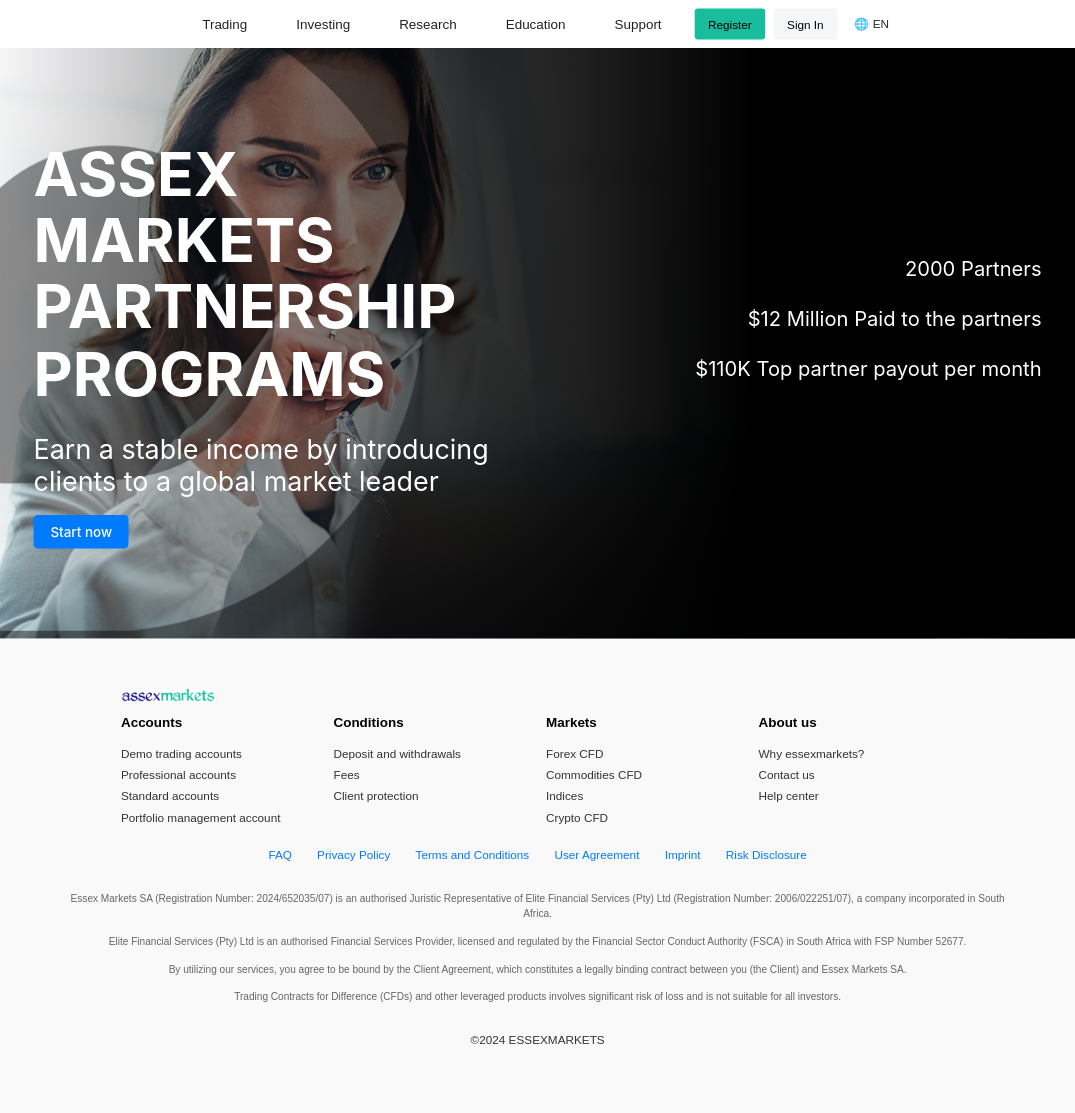
Repository: RevenewMarketing/Assex
Page: /partner
An editor plug-in stored every save of this project. The page is shown before and after the next save, followed by the edit.
The browser window is 1280 px wide. The pictures show the whole page, at 84% of full size.
The project was rebuilt for these pictures with package versions that can differ from the ones it lists, and the page was loaded fresh each time. Also part of the build but not shown: vite.config.ts, src/pages/home/sections/HeroSection.module.css, src/pages/home/sections/HeroSection.tsx, src/pages/home/sections/Section2.tsx, src/pages/home/sections/Section3.tsx, src/pages/home/sections/Section4.tsx, src/pages/home/sections/Section5.tsx, src/pages/home/sections/Section6.tsx and 10 more.

Above is the page before, as saved 2024-11-28 00:27:56.

### index.html
<!doctype html>
<html lang="en">
  <head>
    <meta charset="UTF-8" />
    <link rel="icon" type="image/svg+xml" href="/vite.svg" />
    <meta name="viewport" content="width=device-width, initial-scale=1.0" />
    <title>Assex</title>
  </head>
  <body>
    <div id="root"></div>
    <script type="module" src="/src/main.tsx"></script>
  </body>
</html>

### src/index.css
:root {
  font-family: Inter, system-ui, Avenir, Helvetica, Arial, sans-serif;
  line-height: 1.5;
  font-weight: 400;
  color-scheme: light dark;
  color: rgba(255, 255, 255, 0.87);
  background-color: #ffffff;
  font-synthesis: none;
  max-width: 1920px;
  margin: auto;
  text-rendering: optimizeLegibility;
  -webkit-font-smoothing: antialiased;
  -moz-osx-font-smoothing: grayscale;
}

a {
  font-weight: 500;
  color: #646cff;
  text-decoration: inherit;
}
a:hover {
  color: #535bf2;
}

body {
  margin: 0;
  display: flex;
  place-items: center;
  min-width: 320px;
  min-height: 100vh;
  background-color: #FFF;
}

h1 {
  font-size: 3.2em;
  line-height: 1.1;
}

button {
  border-radius: 8px;
  border: 1px solid transparent;
  padding: 0.6em 1.2em;
  font-size: 1em;
  font-weight: 500;
  font-family: inherit;
  background-color: #1a1a1a;
  cursor: pointer;
  transition: border-color 0.25s;
}
button:hover {
  border-color: #646cff;
}
button:focus,
button:focus-visible {
  outline: 4px auto -webkit-focus-ring-color;
}

@media (prefers-color-scheme: light) {
  :root {
    color: #213547;
    background-color: #ffffff;
  }
  a:hover {
    color: #747bff;
  }
  button {
    background-color: #f9f9f9;
  }
}

### src/App.tsx

import './App.css'
// import Navigation from './pages/home/Navigation'
import NavigationMenu from './components/navigation-menu/NavigationMenu'

import { BrowserRouter, Route, Routes } from 'react-router';
import Home from './pages/home/Home';
import Footer from './components/footer-section/Footer';
import About from './pages/about/About';
import Partner from './pages/partner/Partner';

function App() {

  return (
    <>
    <BrowserRouter>
    <NavigationMenu />
    <Routes>
      <Route path="/" element={<Home />} />
      <Route path="/about" element={<About />} />
      <Route path="/partner" element={<Partner />} />
      {/* Define other routes */}
    </Routes>
    <Footer />
  </BrowserRouter>


    </>
  )
}

export default App

### src/App.css
#root {
  max-width: 1920px;
  width: 100%;
  margin: 0 auto;
  padding: 0;
  text-align: center;
}

.logo {
  height: 6em;
  padding: 1.5em;
  will-change: filter;
  transition: filter 300ms;
}
.logo:hover {
  filter: drop-shadow(0 0 2em #646cffaa);
}
.logo.react:hover {
  filter: drop-shadow(0 0 2em #61dafbaa);
}

@keyframes logo-spin {
  from {
    transform: rotate(0deg);
  }
  to {
    transform: rotate(360deg);
  }
}

@media (prefers-reduced-motion: no-preference) {
  a:nth-of-type(2) .logo {
    animation: logo-spin infinite 20s linear;
  }
}

.card {
  padding: 2em;
}

.read-the-docs {
  color: #888;
}

/* Auth Buttons */
.authButtons {
  /* margin-left: auto; */
  display: flex;
  gap: 10px;
}

### src/components/navigation-menu/NavigationMenu.tsx
import { useState } from 'react';
import { Link } from 'react-router';
import styles from './NavigationMenu.module.css';
import ReusableButton from '../ReusableButton';

interface SubmenuItem {
  title: string;
  link: string;
}

interface MenuItem {
  id: number;
  title: string;
  submenu: {
    [key: string]: SubmenuItem[];
  };
}

// Menu data
const menuData: MenuItem[] = [
  {
    id: 1,
    title: 'Trading',
    submenu: {
      accounts: [
        { title: 'Demo trading accounts', link: '/demo-trading-accounts' },
        { title: 'Technical support', link: '/technical-support' },
        { title: 'Account management', link: '/account-management' },
      ],
      conditions: [
        { title: 'Help center', link: '/help-center' },
        { title: 'Contact us', link: '/contact-us' },
        { title: 'FAQs', link: '/faqs' },
      ],
    },
  },
  {
    id: 2,
    title: 'Investing',
    submenu: {
      accounts: [
        { title: 'Retirement accounts', link: '/retirement-accounts' },
        { title: 'Education savings accounts', link: '/education-savings-accounts' },
        { title: 'Brokerage accounts', link: '/brokerage-accounts' },
      ],
      conditions: [
        { title: 'Investment options', link: '/investment-options' },
        { title: 'Fees', link: '/fees' },
        { title: 'Tax advantages', link: '/tax-advantages' },
      ],
    },
  },
  {
    id: 3,
    title: 'Research',
    submenu: {
      accounts: [
        { title: 'Market analysis', link: '/market-analysis' },
        { title: 'Stock research', link: '/stock-research' },
        { title: 'Mutual fund research', link: '/mutual-fund-research' },
      ],
      conditions: [
        { title: 'Research tools', link: '/research-tools' },
        { title: 'Market news', link: '/market-news' },
        { title: 'Analyst reports', link: '/analyst-reports' },
      ],
    },
  },
  {
    id: 4,
    title: 'Education',
    submenu: {
      accounts: [
        { title: 'Webinars', link: '/webinars' },
        { title: 'Tutorials', link: '/tutorials' },
        { title: 'Courses', link: '/courses' },
      ],
      conditions: [
        { title: 'Learning paths', link: '/learning-paths' },
        { title: 'Certifications', link: '/certifications' },
        { title: 'Workshops', link: '/workshops' },
      ],
    },
  },
  {
    id: 5,
    title: 'Support',
    submenu: {
      accounts: [
        { title: 'Customer service', link: '/customer-service' },
        { title: 'Technical support', link: '/technical-support' },
        { title: 'Account management', link: '/account-management' },
      ],
      conditions: [
        { title: 'Help center', link: '/help-center' },
        { title: 'Contact us', link: '/contact-us' },
        { title: 'FAQs', link: '/faqs' },
      ],
    },
  },
];

const buttonLinks = {
  register: 'https://my.assexmarkets.com/auth/register',
  signIn: 'https://my.assexmarkets.com/auth/login',
  freeDemo: 'https://my.assexmarkets.com/auth/login',
  loginText: 'Login',
  registerText: 'Register',
  freeDemoText: 'Try Free Demo',
};


const NavigationMenu: React.FC = () => {
  const [activeMenu, setActiveMenu] = useState<number | null>(null);
  const [isSubmenuVisible, setIsSubmenuVisible] = useState<boolean>(false);
  const [isAnimating, setIsAnimating] = useState<boolean>(false);

  // Handle menu item clicks
  const handleMenuClick = (id: number) => {
    if (id === activeMenu) {
      // If clicking the active menu, initiate closing
      if (!isAnimating && isSubmenuVisible) {
        setIsAnimating(true);
        setIsSubmenuVisible(false);
      }
    } else {
      if (isSubmenuVisible) {
        // If submenu is already open, switch to new menu without fade
        setActiveMenu(id);
      } else {
        // Open submenu with fade in
        setActiveMenu(id);
        setIsSubmenuVisible(true);
      }
    }
  };

  // Handle overlay click to close submenu
  const handleOverlayClick = () => {
    if (activeMenu !== null && !isAnimating && isSubmenuVisible) {
      setIsAnimating(true);
      setIsSubmenuVisible(false);
    }
  };

  // Handle animation end for submenu
  const handleSubmenuAnimationEnd = () => {
    if (!isSubmenuVisible) {
      setActiveMenu(null);
      setIsAnimating(false);
    }
  };

  // Prevent changing activeMenu during fade out animation
  const handleNewMenuClick = (id: number) => {
    if (isAnimating) return; // Do nothing if animating
    handleMenuClick(id);
  };

  const submenu = menuData.find((m) => m.id === activeMenu)?.submenu;

  return (
    <div className={styles.navigationContainer}>
      <nav className={styles.navigationBar}>
        {/* <div className={styles.navLogo}>
         <Link
          to="/"
          className={styles.logo}
         > <img src="../../assets/react.svg" alt="logo" /></Link>
        </div> */}

        {/* Main Menu Items */}
        {menuData.map((menu) => (
          <div key={menu.id} className={styles.menuItemContainer}>
            <button
              className={`${styles.menuItem} ${
                activeMenu === menu.id ? styles.active : ''
              }`}
              onClick={() => handleNewMenuClick(menu.id)}
            >
              {menu.title}
            </button>
          </div>
        ))}

        {/* Register and Sign In Buttons */}
        <div className={'authButtons'}>
          <ReusableButton
            link={buttonLinks.register}
            type={'register'}
            text='Register'
          />
          <ReusableButton
            link={buttonLinks.signIn}
            type={'sign-in'}
            text='Sign In'
          />
          </div>

        {/* Language Selector */}
        <div className={styles.languageSelector}>
          <span className={styles.globeIcon}>🌐</span> EN
        </div>
      </nav>

      {/* Submenu Drawer */}
      {activeMenu !== null && (
        <div
          className={`${styles.submenu} ${
            isSubmenuVisible ? styles.fadeIn : styles.fadeOut
          }`}
          onAnimationEnd={handleSubmenuAnimationEnd}
        >
          <div className={styles.submenuContent}>
            {submenu &&
              Object.keys(submenu).map((key) => (
                <div className={styles.submenuSection} key={key}>
                  <h4 className={styles.submenuHeading}>
                    {key.charAt(0).toUpperCase() + key.slice(1)}
                  </h4>
                  {submenu[key].map((item, index) => (
                    <Link to={item.link} key={index} className={styles.submenuLink}>
                      <p>{item.title}</p>
                    </Link>
                  ))}
                </div>
              ))}
          </div>
        </div>
      )}

      {/* Overlay */}
      {isSubmenuVisible && (
        <div
          className={`${styles.overlay} ${
            isSubmenuVisible ? styles.fadeInOverlay : styles.fadeOutOverlay
          }`}
          onClick={handleOverlayClick}
        ></div>
      )}

      {/* Dummy Page Content */}
      <div
        className={`${styles.pageContent} ${
          isSubmenuVisible ? styles.dimmed : ''
        }`}
      >

      </div>
    </div>
  );
};

export default NavigationMenu;

### src/components/footer-section/Footer.tsx

import styles from './FooterStyles.module.css';
import essexLogo from '../../assets/pages/Global/2-Footer/1AssexMarket-WordMark.png';
import { Link } from 'react-router';

const footerContent = {
  accounts: [
    'Demo trading accounts',
    'Professional accounts',
    'Standard accounts',
    'Portfolio management account',
  ],
  conditions: ['Deposit and withdrawals', 'Fees', 'Client protection'],
  markets: ['Forex CFD', 'Commodities CFD', 'Indices', 'Crypto CFD'],
  aboutUs: ['Why essexmarkets?', 'Contact us', 'Help center'],
  links: ['FAQ', 'Privacy Policy', 'Terms and Conditions', 'User Agreement', 'Imprint', 'Risk Disclosure'],
  details: [
    'Essex Markets SA (Registration Number: 2024/652035/07) is an authorised Juristic Representative of Elite Financial Services (Pty) Ltd (Registration Number: 2006/022251/07), a company incorporated in South Africa.',
    'Elite Financial Services (Pty) Ltd is an authorised Financial Services Provider, licensed and regulated by the Financial Sector Conduct Authority (FSCA) in South Africa with FSP Number 52677.',
    'By utilizing our services, you agree to be bound by the Client Agreement, which constitutes a legally binding contract between you (the Client) and Essex Markets SA.',
    'Trading Contracts for Difference (CFDs) and other leveraged products involves significant risk of loss and is not suitable for all investors.',
  ],
};

const Footer: React.FC = () => {
  return (
    <footer className={styles.footerContainer}>
      <div className={styles.logoContainer}>
        <img src={essexLogo} alt="Essex Markets Logo" />
      </div>
      <div className={styles.columnsContainer}>
        <div>
          <h4>Accounts</h4>
          <ul>
            {footerContent.accounts.map((account, index) => (
              <li key={index}>{account}</li>
            ))}
          </ul>
        </div>
        <div>
          <h4>Conditions</h4>
          <ul>
            {footerContent.conditions.map((condition, index) => (
              <li key={index}>{condition}</li>
            ))}
          </ul>
        </div>
        <div>
          <h4>Markets</h4>
          <ul>
            {footerContent.markets.map((market, index) => (
              <li key={index}>{market}</li>
            ))}
          </ul>
        </div>
        <div>
          <Link
            to="/about"

           ><h4>About us</h4></Link>
          <ul>
            {footerContent.aboutUs.map((about, index) => (
              <li key={index}>{about}</li>
            ))}
          </ul>
        </div>
      </div>
      <div className={styles.linksContainer}>
        {footerContent.links.map((link, index) => (
          <a href="#" key={index}>
            {link}
          </a>
        ))}
      </div>
      <div className={styles.details}>
        {footerContent.details.map((detail, index) => (
          <p key={index}>{detail}</p>
        ))}
      </div>
      <div className={styles.copyright}>
        <p>©2024 ESSEXMARKETS</p>
      </div>
    </footer>
  );
};

export default Footer;

### src/pages/partner/Partner.tsx
import Section1 from "./sections/Section1"


const Partner = () => {
  return (
    <div>
      <Section1 />
    </div>
  )
}

export default Partner

### src/components/navigation-menu/NavigationMenu.module.css
.navigationContainer {
  position: relative;
  font-family: Arial, sans-serif;
}

/* Navigation Bar */
.navigationBar {
  position: fixed;
  top: 0;
  left: 0;
  width: 100%;
  display: flex;
  background-color: #ffffff;
  padding: 10px 20px;
  box-sizing: border-box;
  z-index: 1001;
  justify-content: center;
}

/* Menu Item Container */
.menuItemContainer {
  margin-right: 20px;
}

/* Menu Items */
.menuItem {
  background: none;
  border: none;
  color: rgb(34, 34, 34);
  font-size: 16px;
  cursor: pointer;
  transition: opacity 0.3s;
}

.menuItem:hover {
  opacity: 0.7;
}

.active {
  opacity: 0.5;
}



.languageSelector {
  margin-left: 20px;
  display: flex;
  align-items: center;
  font-size: 14px;
  color: #000000d8;
  cursor: pointer;
}

.globeIcon {
  margin-right: 5px;

}

/* Submenu */
.submenu {
  position: fixed;
  top: 50px;
  left: 0;
  width: 100%;
  height: 300px;
  background-color: #ffffff;
  box-shadow: 0 4px 8px rgba(0, 0, 0, 0.2);
  padding: 20px;
  box-sizing: border-box;
  z-index: 1000;
  opacity: 0;
  transform: translateY(-100%);
}

.submenuContent {
  display: flex
  ;
      justify-content: flex-start;
      gap: 10dvw;
      padding: 0 5dvw;
}

.submenuSection h4 {
  color: #0000003d;
}

.submenuSection {
  text-align: left;
}

.submenuSection a {
  color: #000000;
  text-decoration: none;
  cursor: pointer;
  transition: color 0.3s;
}

.submenuSection a:hover {
  color: #00b074;
  transition: color 0.3s;
}

/* Fade In Animation */
.fadeIn {
  animation: slide-in-top 0.3s cubic-bezier(0.25, 0.46, 0.45, 0.94) forwards;
}

@keyframes slide-in-top {
  0% {
    transform: translateY(-100%);
    opacity: 0;
  }
  100% {
    transform: translateY(0);
    opacity: 1;
  }
}

/* Fade Out Animation */
.fadeOut {
  animation: slide-out-top 0.3s cubic-bezier(0.25, 0.46, 0.45, 0.94) forwards;
}

@keyframes slide-out-top {
  0% {
    transform: translateY(0);
    opacity: 1;
  }
  100% {
    transform: translateY(-100%);
    opacity: 0;
  }
}

/* Overlay */
.overlay {
  position: fixed;
  top: 50px;
  left: 0;
  width: 100%;
  height: calc(100% - 50px);
  background: rgba(0, 0, 0, 0.5);
  z-index: 999;
  opacity: 0;
  visibility: hidden;
  transition: opacity 0.3s ease, visibility 0.3s ease;
}

.fadeInOverlay {
  opacity: 1;
  visibility: visible;
  backdrop-filter: blur(5px);
}

.fadeOutOverlay {
  opacity: 0;
  visibility: hidden;
}

/* Page Content */
.pageContent {
  /* padding: 80px 20px 20px 20px; */
  transition: opacity 0.3s;
}

.dimmed {
  opacity: 0.3;
}

### src/components/ReusableButton.tsx

import styles from './GlobalComponentStyles.module.css';

type Props = {
  link?: string;
  text: string;
  type: 'register' | 'sign-in' | 'logout' | 'profile' | 'settings' | 'help' | 'free-trial' | 'learn-more' | 'dark' | 'light';
};

export default function ReusableButton({ link, text, type }: Props) {
  return (
      <button
      style={{
        backgroundColor: type === 'register' ? '#19BC9C' :
        type === 'sign-in' ? '#F4F6F7' :
        type === 'logout' ? '#FF6347' :
        type === 'profile' ? '#FFA07A' :
        type === 'settings' ? '#FF7F50' :
        type === 'help' ? '#FFA500' :
        type === 'free-trial' ? '#FFD700' :
        type === 'learn-more' ? '#FF4500' :
        type === 'dark' ? '#4C4B4D' :
        type === 'light' ? '#fff' : '#000',
        color: type === 'dark' ? '#fff' : '#000'
      }}
        className={styles.registerButton}
        onClick={() => window.open(link, '_blank')}
      >{text}
      </button>

  );
}

### src/components/footer-section/FooterStyles.module.css
.footerContainer {
  background-color: #f9f9f9;
  color: #333;
  padding: 60px 20px;
  font-family: Arial, sans-serif;
  font-size: 14px;
  line-height: 1.8;
}

.footerContainer h4 {
  font-size: 16px;
  font-weight: bold;
  margin-bottom: 10px;
  color: #000;
  text-align: left;
  margin-top: 0;
}

.footerContainer ul {
  list-style-type: none;
  padding: 0;
  margin: 0;
  text-align: left;
}

.footerContainer ul li {
  margin-bottom: 0px;
  cursor: pointer;
}

.footerContainer ul li:hover {
  color: #00b894;
}

.footerContainer .columnsContainer {
  display: flex
  ;
      justify-content: space-between;
      gap: 20px;
      flex-wrap: wrap;
      margin-bottom: 40px;
      width: 80%;
      margin: auto;
}

.footerContainer .columnsContainer > div {
  flex: 1;
  min-width: 180px; /* Ensures alignment and proper spacing */
}



.footerContainer .linksContainer {
  text-align: center;
  margin: 20px 0 30px;
}

.footerContainer .linksContainer a {
  color: #007bff;
  text-decoration: none;
  margin: 0 15px;
  font-size: 14px;
}

.footerContainer .linksContainer a:hover {
  text-decoration: underline;
}

.footerContainer .details {
  font-size: 12px;
  color: #666;
  line-height: 1.5;
  margin: 20px auto;
  text-align: center;
  width: 90%;
}

.footerContainer .details p {
  margin-bottom: 15px;
}

.footerContainer .logoContainer {
  text-align: left;
  margin: auto;
  width: 80%;
}

.footerContainer .logoContainer img {
  max-width: 150px;
}

.footerContainer .copyright {
  text-align: center;
  font-size: 14px;
  margin-top: 30px;
}

### src/pages/partner/sections/Section1.tsx
import styles from './Section1.module.css';
import backgroundImage from '../../../assets/pages/About-us/1-Hero-banner-aboutus.jpg';

const section1Content = {
  title: "ASSEX MARKETS PARTNERSHIP PROGRAMS",
  description: "Earn a stable income by introducing clients to a global market leader",
  backgroundImage: backgroundImage, // Replace with your background image path
};

const Section1: React.FC = () => {
  return (
    <section
      style={{
        backgroundImage: `url(${section1Content.backgroundImage})`,
      }}
      className={styles.section1}
    >
      <div className={styles.overlay}></div>
      <div className={styles.content}>
        <h1 className={styles.title}>{section1Content.title}</h1>
        <p className={styles.description}>{section1Content.description}</p>
        <button className={styles.startButton}>Start now</button>
      </div>
      <div className={styles.details}>
        <p>2000 Partners</p>
        <p>$12 Million Paid to the partners</p>
        <p>$110K Top partner payout per month</p>
      </div>
    </section>
  );
};

export default Section1;

### src/components/GlobalComponentStyles.module.css


.registerButton {
  background-color: #00b074;
  color: white;
  border: none;
  padding: 8px 16px;
  font-size: 14px;
  border-radius: 4px;
  cursor: pointer;
}

.signInButton {
  background-color: #f4f4f4;
  color: #333;
  border: 1px solid #ccc;
  padding: 8px 16px;
  font-size: 14px;
  border-radius: 4px;
  cursor: pointer;
}

### src/pages/partner/sections/Section1.module.css
.section1 {
  position: relative;
  background-size: cover;
  background-position: center;
  height: 760px;
  display: flex;
  align-items: center;
  justify-content: space-between;
  color: white;
  padding: 0 40px;
}

.overlay {
  position: absolute;
  top: 0;
  right: 0;
  width: 100%; /* Adjusts the gradient coverage */
  height: 100%;
  background: linear-gradient(to left, black 30%, transparent 100%);
  z-index: 1;
}

.content {
  position: relative;
  z-index: 2;
  max-width: 50%;
  text-align: left;
}

.title {
  font-size: 4.5rem;
  font-weight: bold;
  margin-bottom: 20px;
  text-transform: uppercase;
}

.description {
  font-size: 2rem;
  line-height: 1.2;
  margin-bottom: 20px;
}

.startButton {
  padding: 10px 20px;
  background-color: #007BFF;
  color: white;
  border: none;
  border-radius: 5px;
  cursor: pointer;
  font-size: 1rem;
}

.details {
  position: relative;
  z-index: 2;
  max-width: 50%;
  text-align: right;
  margin-left: auto;
}

.details p {
  font-size: 1.5rem;
  line-height: 1.5;
}

Loaded but not shown: src/main.tsx (common file)

After the next save:
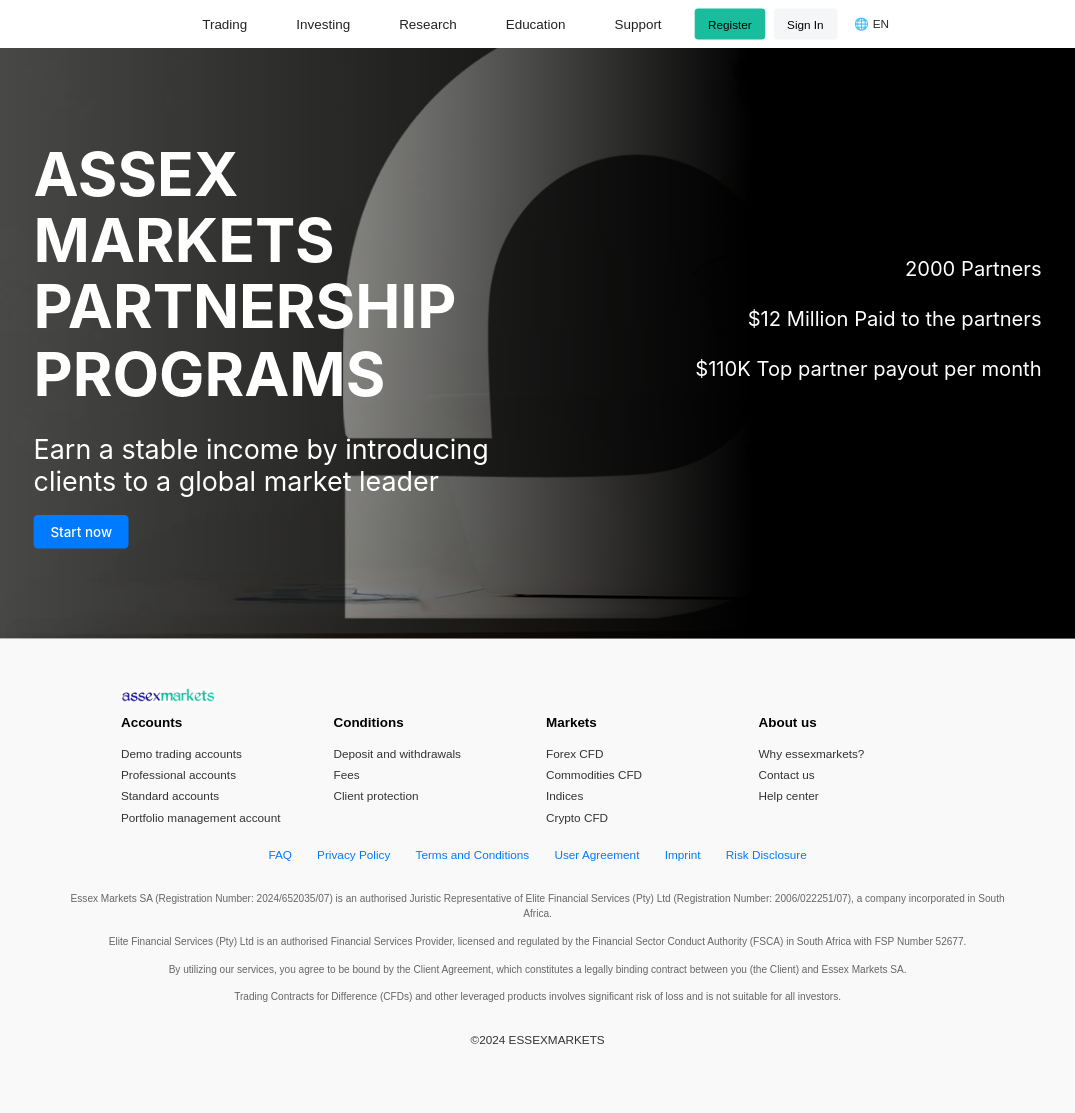
Saved 16 s later.
--- a/src/pages/partner/sections/Section1.tsx
+++ b/src/pages/partner/sections/Section1.tsx
@@ -1,5 +1,5 @@
 import styles from './Section1.module.css';
-import backgroundImage from '../../../assets/pages/About-us/1-Hero-banner-aboutus.jpg';
+import backgroundImage from '../../../assets/pages/Partner/1-hero-banner-partner.jpg';
 
 const section1Content = {
   title: "ASSEX MARKETS PARTNERSHIP PROGRAMS",
